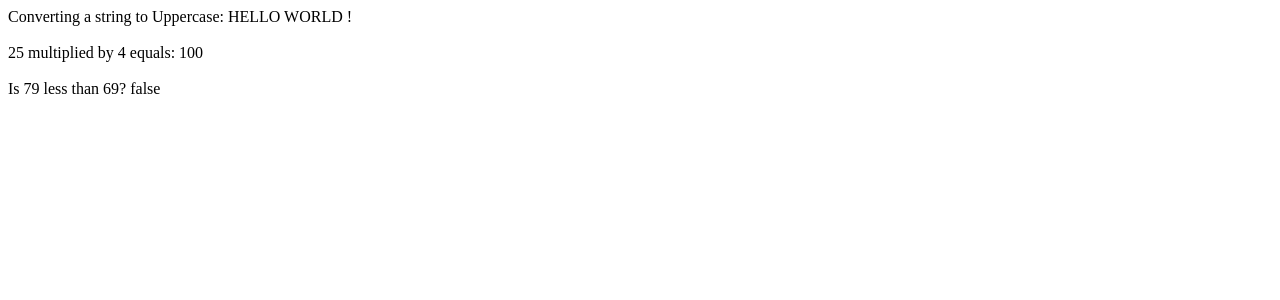
Repository: Aniket2311/Spring-Core-Spring-Boot-And-Hibernet
Page: http://localhost/jspdemo/expression-test.jsp
An editor plug-in stored every save of this project. The page is shown before and after the next save, followed by the edit.
The browser window is 1280 px wide. The pictures show the whole page.
The page is served by Tomcat 9. Other server files are loaded and not shown.

Above is the page before, as saved 2019-04-08 10:19:22.

### jspdemo/WebContent/expression-test.jsp
<%@page import="java.util.Date"%>
<html>

<body>

Converting a string to Uppercase: <%= new String("Hello World !").toUpperCase() %>

<br/><br/>

25 multiplied by 4 equals: <%= 25*4 %>

<br/><br/>

Is 79 less than 69? <%= 79<69 %>

</body>

</html>

After the next save:
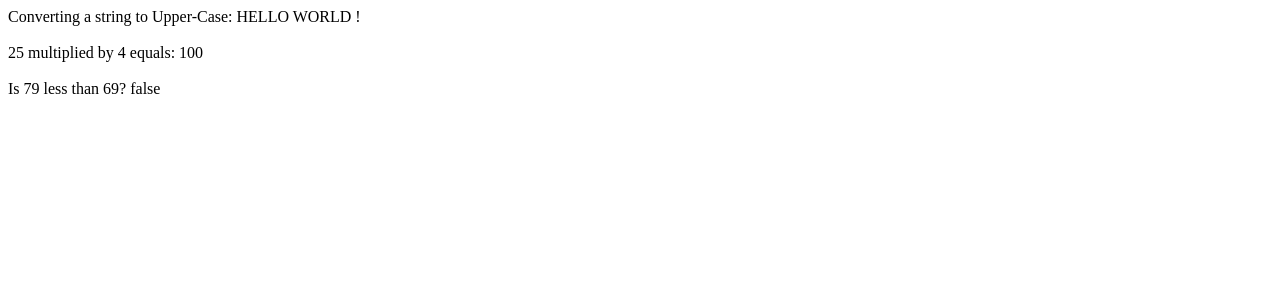
Saved 6 s later.
--- a/jspdemo/WebContent/expression-test.jsp
+++ b/jspdemo/WebContent/expression-test.jsp
@@ -3,7 +3,7 @@
 
 <body>
 
-Converting a string to Uppercase: <%= new String("Hello World !").toUpperCase() %>
+Converting a string to Upper-Case: <%= new String("Hello World !").toUpperCase() %>
 
 <br/><br/>
 
